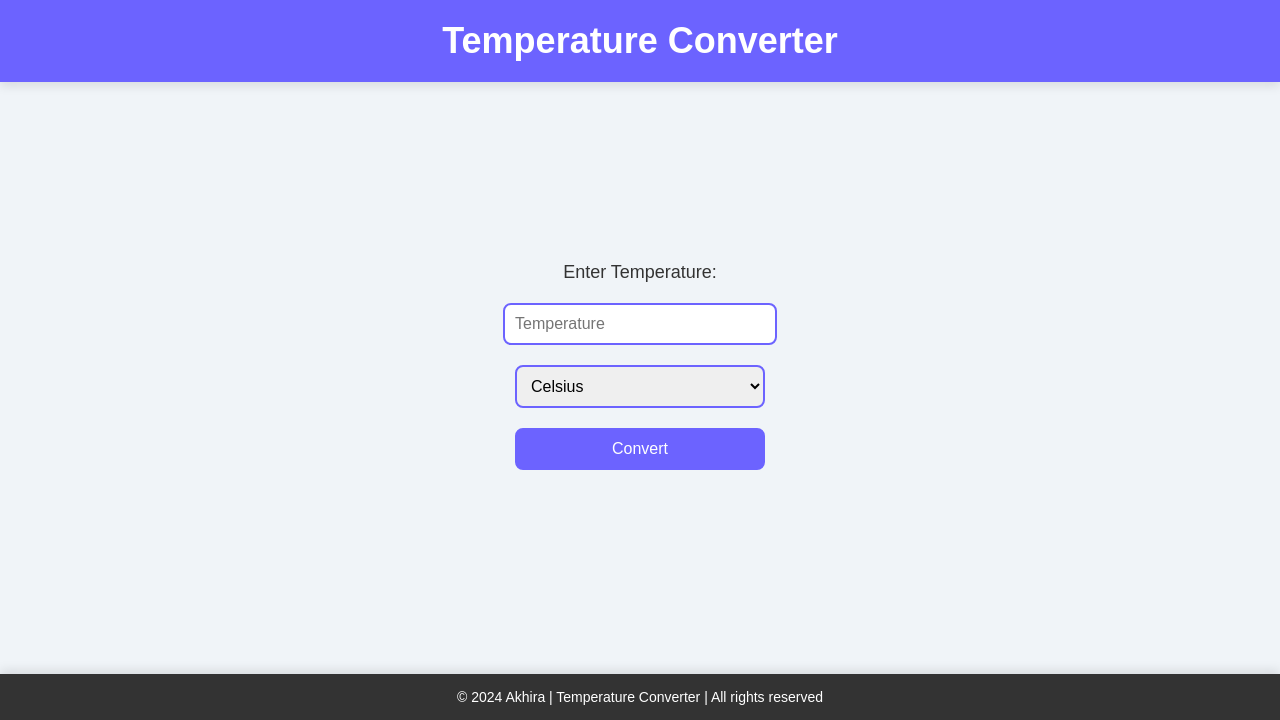
Repository: akhiranandan-04/Temperature-Converter
Page: index.html
The author's editor kept a copy of each file at every save. The page is drawn from the files as they stood at one save, then again after the next save.
The browser window is 1280 px wide. The pictures show the whole page.

Above is the page before, as saved 2024-10-19 13:18:04.

### index.html
<!DOCTYPE html>
<html lang="en">
<head>
    <meta charset="UTF-8">
    <meta name="viewport" content="width=device-width, initial-scale=1.0">
    <title>Temperature Converter</title>
    <link rel="stylesheet" href="style.css">
</head>
<body>
    <header>
        <h1>Temperature Converter</h1>
    </header>

    <div class="converter">
        <label for="tempInput">Enter Temperature:</label>
        <input type="number" id="tempInput" placeholder="Temperature">

        <select id="tempType">
            <option value="C">Celsius</option>
            <option value="F">Fahrenheit</option>
        </select>

        <button onclick="convertTemp()">Convert</button>

        <p id="result"></p>
    </div>

    <footer>
        <p>&copy; 2024 Akhira | Temperature Converter | All rights reserved</p>
    </footer>

    <script src="script.js"></script>
</body>
</html>

### style.css
/* Global Styles */
body {
    font-family: 'Poppins', sans-serif;
    margin: 0;
    padding: 0;
    background-color: #f0f4f8;
    display: flex;
    flex-direction: column;
    justify-content: space-between;
    min-height: 100vh;
}

/* Header Styles */
header {
    background-color: #6c63ff;
    color: white;
    text-align: center;
    padding: 20px 0;
    box-shadow: 0 4px 10px rgba(0, 0, 0, 0.1);
}

header h1 {
    font-size: 36px;
    margin: 0;
}

/* Converter Styles */
.converter {
    display: flex;
    flex-direction: column;
    align-items: center;
    justify-content: center;
    flex: 1;
    margin-top: 30px;
}

.converter label {
    font-size: 18px;
    margin-bottom: 10px;
    color: #333;
}

.converter input, .converter select, .converter button {
    width: 250px;
    padding: 10px;
    margin: 10px;
    border: 2px solid #6c63ff;
    border-radius: 8px;
    font-size: 16px;
    transition: all 0.3s ease;
}

.converter input:focus, .converter select:focus, .converter button:hover {
    border-color: #473fff;
    box-shadow: 0 0 8px rgba(108, 99, 255, 0.5);
}

.converter button {
    background-color: #6c63ff;
    color: white;
    cursor: pointer;
}

.converter button:active {
    background-color: #473fff;
}

.converter p {
    font-size: 24px;
    color: #555;
    margin-top: 20px;
    font-weight: bold;
    text-shadow: 1px 1px 2px rgba(0, 0, 0, 0.1);
}

/* Footer Styles */
footer {
    text-align: center;
    background-color: #333;
    color: white;
    padding: 15px 0;
    box-shadow: 0 -4px 10px rgba(0, 0, 0, 0.1);
    position: relative;
    bottom: 0;
    width: 100%;
}

footer p {
    margin: 0;
    font-size: 14px;
}

### script.js
function convertTemp() {
    let temp = document.getElementById('tempInput').value;
    let tempType = document.getElementById('tempType').value;
    let resultText = '';

    if (temp === '') {
        resultText = 'Please enter a temperature!';
    } else {
        temp = parseFloat(temp);
        if (tempType === 'C') {
            // Celsius to Fahrenheit
            let convertedTemp = (temp * 9/5) + 32;
            resultText = `${temp}°C is ${convertedTemp.toFixed(2)}°F`;
        } else if (tempType === 'F') {
            // Fahrenheit to Celsius
            let convertedTemp = (temp - 32) * 5/9;
            resultText = `${temp}°F is ${convertedTemp.toFixed(2)}°C`;
        }
    }

    document.getElementById('result').innerText = resultText;
}

After the next save:
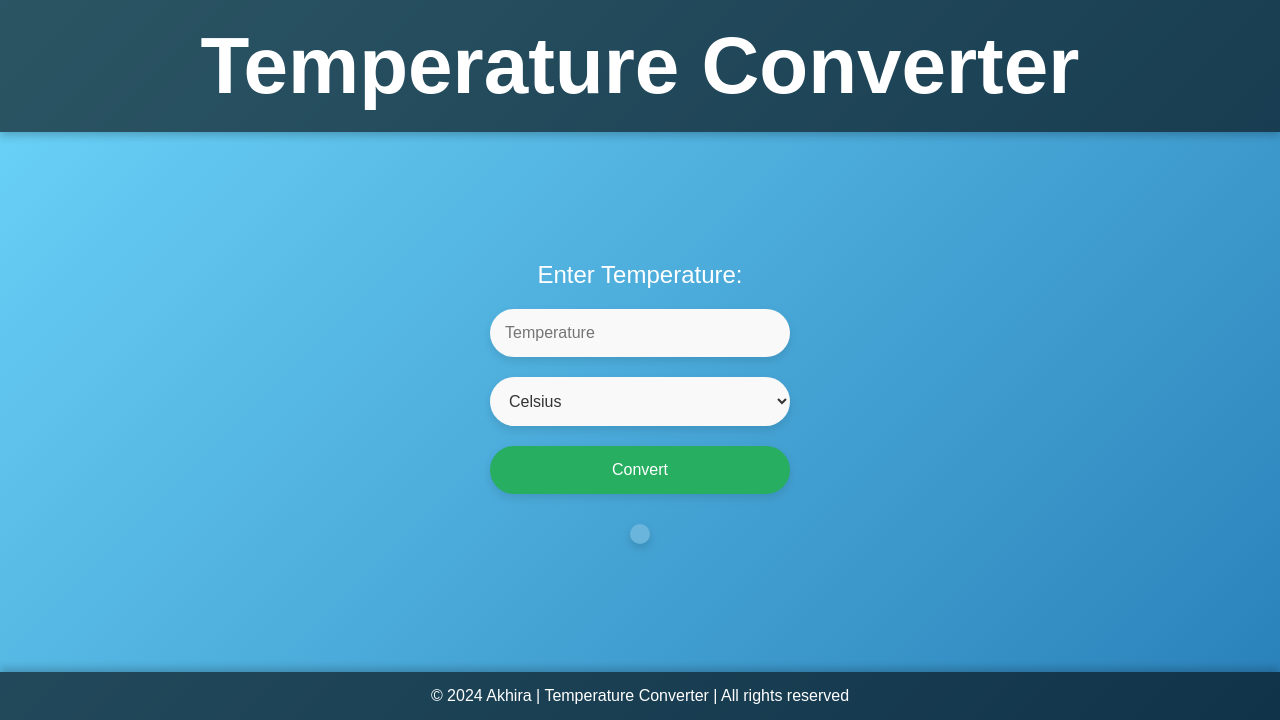
Saved 16 s later.
--- a/style.css
+++ b/style.css
@@ -1,91 +1,97 @@
-/* Global Styles */
-body {
-    font-family: 'Poppins', sans-serif;
+/* Reset some default browser styling */
+* {
     margin: 0;
     padding: 0;
-    background-color: #f0f4f8;
+    box-sizing: border-box;
+}
+
+body {
+    font-family: 'Arial', sans-serif;
     display: flex;
     flex-direction: column;
     justify-content: space-between;
     min-height: 100vh;
+    margin: 0;
+    background: linear-gradient(135deg, #6DD5FA, #2980B9);
+    color: #333;
 }
 
-/* Header Styles */
 header {
-    background-color: #6c63ff;
+    text-align: center;
+    background-color: rgba(0, 0, 0, 0.6);
+    padding: 20px;
     color: white;
-    text-align: center;
-    padding: 20px 0;
-    box-shadow: 0 4px 10px rgba(0, 0, 0, 0.1);
+    box-shadow: 0 4px 8px rgba(0, 0, 0, 0.2);
+    font-size: 2.5rem;
+    font-weight: bold;
 }
 
-header h1 {
-    font-size: 36px;
-    margin: 0;
-}
-
-/* Converter Styles */
 .converter {
     display: flex;
     flex-direction: column;
     align-items: center;
     justify-content: center;
     flex: 1;
-    margin-top: 30px;
+    padding: 20px;
+    color: white;
 }
 
 .converter label {
-    font-size: 18px;
+    font-size: 1.5rem;
     margin-bottom: 10px;
+}
+
+.converter input,
+.converter select,
+.converter button {
+    width: 300px;
+    padding: 15px;
+    margin: 10px 0;
+    font-size: 1rem;
+    border: none;
+    border-radius: 30px;
+    outline: none;
+    box-shadow: 0 4px 8px rgba(0, 0, 0, 0.1);
+}
+
+.converter input,
+.converter select {
+    background-color: #f9f9f9;
     color: #333;
 }
 
-.converter input, .converter select, .converter button {
-    width: 250px;
-    padding: 10px;
-    margin: 10px;
-    border: 2px solid #6c63ff;
-    border-radius: 8px;
-    font-size: 16px;
-    transition: all 0.3s ease;
+.converter button {
+    background-color: #27ae60;
+    color: white;
+    cursor: pointer;
+    transition: background-color 0.3s ease, transform 0.2s ease;
 }
 
-.converter input:focus, .converter select:focus, .converter button:hover {
-    border-color: #473fff;
-    box-shadow: 0 0 8px rgba(108, 99, 255, 0.5);
-}
-
-.converter button {
-    background-color: #6c63ff;
-    color: white;
-    cursor: pointer;
-}
-
-.converter button:active {
-    background-color: #473fff;
+.converter button:hover {
+    background-color: #2ecc71;
+    transform: scale(1.05);
 }
 
 .converter p {
-    font-size: 24px;
-    color: #555;
+    font-size: 1.25rem;
+    font-weight: bold;
     margin-top: 20px;
-    font-weight: bold;
-    text-shadow: 1px 1px 2px rgba(0, 0, 0, 0.1);
+    text-align: center;
+    padding: 10px;
+    background-color: rgba(255, 255, 255, 0.2);
+    border-radius: 10px;
+    box-shadow: 0 4px 10px rgba(0, 0, 0, 0.15);
 }
 
-/* Footer Styles */
 footer {
     text-align: center;
-    background-color: #333;
+    padding: 15px;
+    background-color: rgba(0, 0, 0, 0.6);
     color: white;
-    padding: 15px 0;
-    box-shadow: 0 -4px 10px rgba(0, 0, 0, 0.1);
-    position: relative;
-    bottom: 0;
-    width: 100%;
+    font-size: 1rem;
+    box-shadow: 0 -4px 8px rgba(0, 0, 0, 0.2);
 }
 
 footer p {
     margin: 0;
-    font-size: 14px;
 }

After the save that followed:
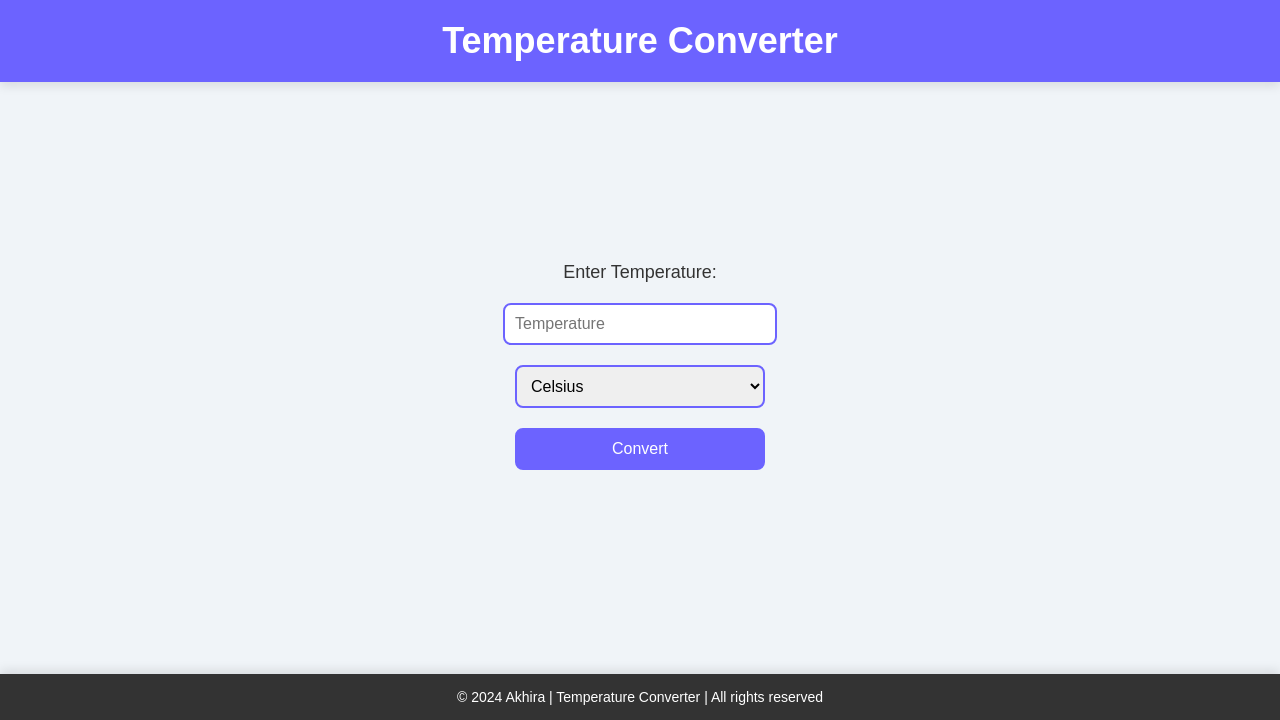
Saved 23 s later.
--- a/style.css
+++ b/style.css
@@ -1,97 +1,91 @@
-/* Reset some default browser styling */
-* {
+/* Global Styles */
+body {
+    font-family: 'Poppins', sans-serif;
     margin: 0;
     padding: 0;
-    box-sizing: border-box;
-}
-
-body {
-    font-family: 'Arial', sans-serif;
+    background-color: #f0f4f8;
     display: flex;
     flex-direction: column;
     justify-content: space-between;
     min-height: 100vh;
-    margin: 0;
-    background: linear-gradient(135deg, #6DD5FA, #2980B9);
-    color: #333;
 }
 
+/* Header Styles */
 header {
+    background-color: #6c63ff;
+    color: white;
     text-align: center;
-    background-color: rgba(0, 0, 0, 0.6);
-    padding: 20px;
-    color: white;
-    box-shadow: 0 4px 8px rgba(0, 0, 0, 0.2);
-    font-size: 2.5rem;
-    font-weight: bold;
+    padding: 20px 0;
+    box-shadow: 0 4px 10px rgba(0, 0, 0, 0.1);
 }
 
+header h1 {
+    font-size: 36px;
+    margin: 0;
+}
+
+/* Converter Styles */
 .converter {
     display: flex;
     flex-direction: column;
     align-items: center;
     justify-content: center;
     flex: 1;
-    padding: 20px;
-    color: white;
+    margin-top: 30px;
 }
 
 .converter label {
-    font-size: 1.5rem;
+    font-size: 18px;
     margin-bottom: 10px;
-}
-
-.converter input,
-.converter select,
-.converter button {
-    width: 300px;
-    padding: 15px;
-    margin: 10px 0;
-    font-size: 1rem;
-    border: none;
-    border-radius: 30px;
-    outline: none;
-    box-shadow: 0 4px 8px rgba(0, 0, 0, 0.1);
-}
-
-.converter input,
-.converter select {
-    background-color: #f9f9f9;
     color: #333;
 }
 
+.converter input, .converter select, .converter button {
+    width: 250px;
+    padding: 10px;
+    margin: 10px;
+    border: 2px solid #6c63ff;
+    border-radius: 8px;
+    font-size: 16px;
+    transition: all 0.3s ease;
+}
+
+.converter input:focus, .converter select:focus, .converter button:hover {
+    border-color: #473fff;
+    box-shadow: 0 0 8px rgba(108, 99, 255, 0.5);
+}
+
 .converter button {
-    background-color: #27ae60;
+    background-color: #6c63ff;
     color: white;
     cursor: pointer;
-    transition: background-color 0.3s ease, transform 0.2s ease;
 }
 
-.converter button:hover {
-    background-color: #2ecc71;
-    transform: scale(1.05);
+.converter button:active {
+    background-color: #473fff;
 }
 
 .converter p {
-    font-size: 1.25rem;
+    font-size: 24px;
+    color: #555;
+    margin-top: 20px;
     font-weight: bold;
-    margin-top: 20px;
-    text-align: center;
-    padding: 10px;
-    background-color: rgba(255, 255, 255, 0.2);
-    border-radius: 10px;
-    box-shadow: 0 4px 10px rgba(0, 0, 0, 0.15);
+    text-shadow: 1px 1px 2px rgba(0, 0, 0, 0.1);
 }
 
+/* Footer Styles */
 footer {
     text-align: center;
-    padding: 15px;
-    background-color: rgba(0, 0, 0, 0.6);
+    background-color: #333;
     color: white;
-    font-size: 1rem;
-    box-shadow: 0 -4px 8px rgba(0, 0, 0, 0.2);
+    padding: 15px 0;
+    box-shadow: 0 -4px 10px rgba(0, 0, 0, 0.1);
+    position: relative;
+    bottom: 0;
+    width: 100%;
 }
 
 footer p {
     margin: 0;
+    font-size: 14px;
 }
